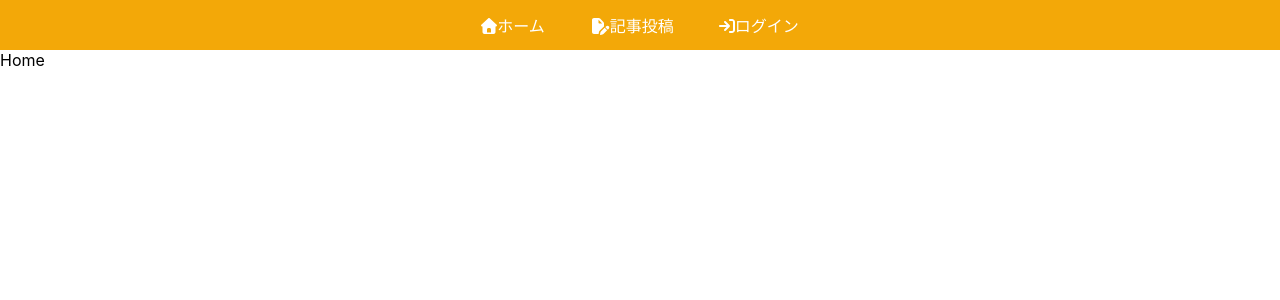
Repository: kusabi-19/keiziban
Page: /
The author's editor kept a copy of each file at every save. The page is drawn from the files as they stood at one save, then again after the next save.
The browser window is 1280 px wide. The pictures show the whole page.
The project was rebuilt for these pictures with package versions that can differ from the ones it lists, and the page was loaded fresh each time. Also part of the build but not shown: src/App.css, src/components/CreatePost.js, src/firebase.js, src/components/Login.js, src/components/Logout.js.

Above is the page before, as saved 2025-05-16 08:37:42.

After the next save:
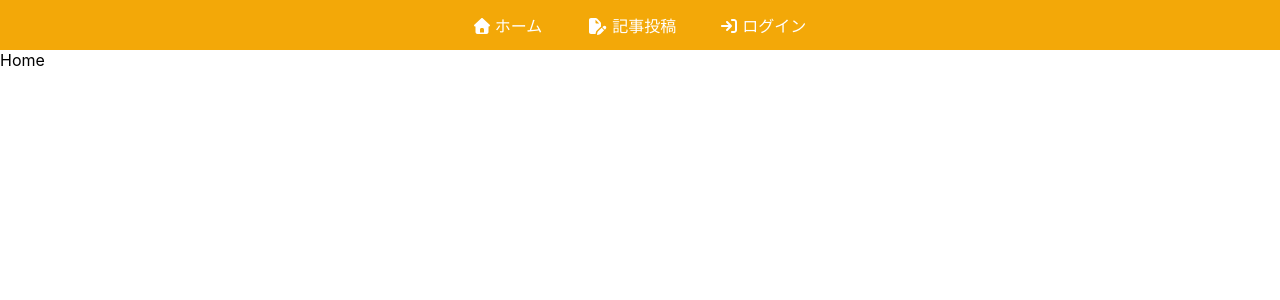
Saved 41 s later.
--- a/src/components/Navbar.css
+++ b/src/components/Navbar.css
@@ -16,3 +16,7 @@ nav a{
 nav a:hover{
   color: cadetblue;
 }
+
+nav a svg{
+  margin-right: 5px;
+}
